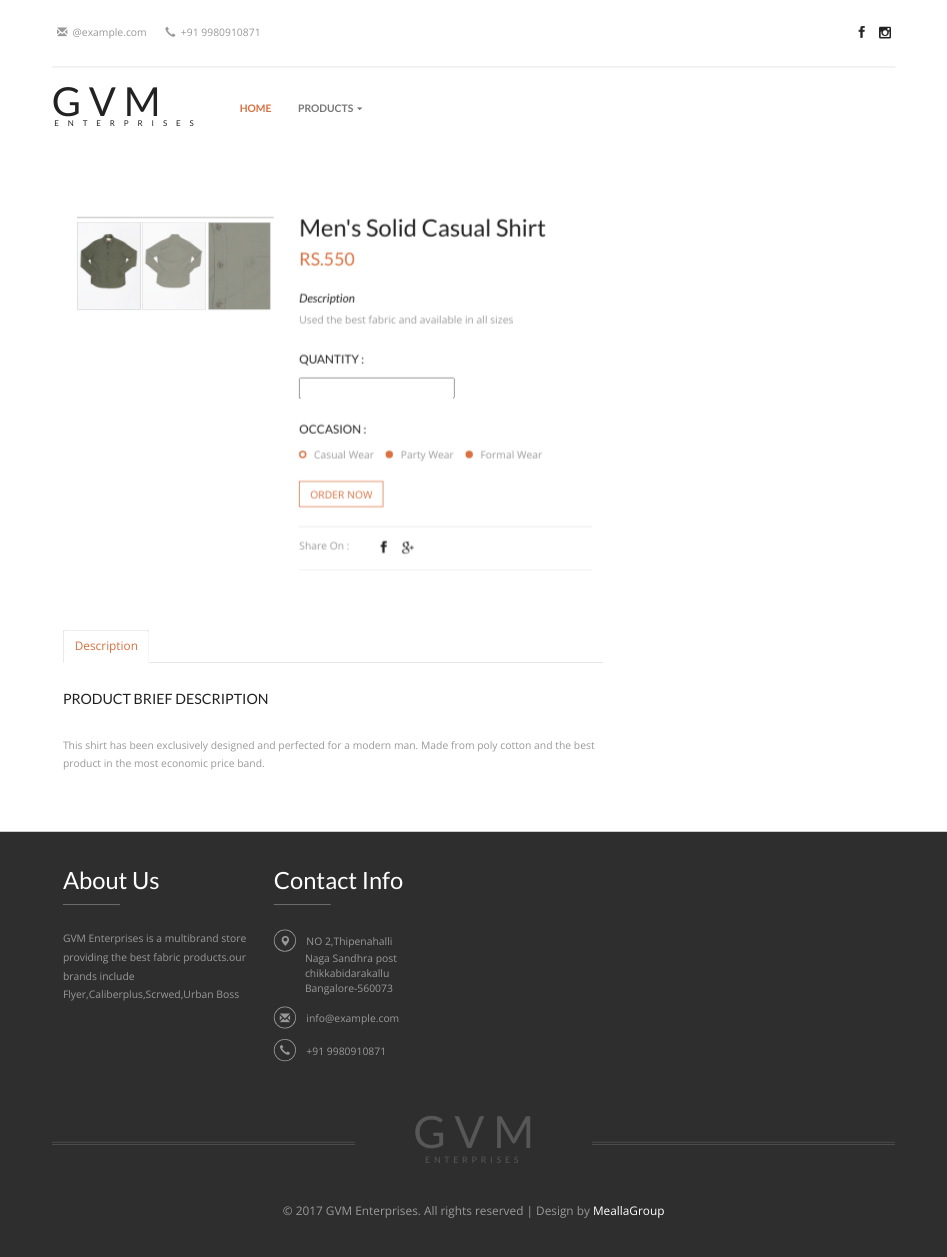
Repository: vinodmealla/flyerworkspace
Page: com.gvm.websample1/src/main/webapp/WEB-INF/single.html
An editor plug-in stored every save of this project. The page is shown before and after the next save, followed by the edit.
The browser window is 1280 px wide. The pictures show the whole page, at 74% of full size.

Above is the page before, as saved 2017-10-03 10:59:47.
Console error: TypeError: Cannot read properties of undefined (reading 'split')

After the next save:
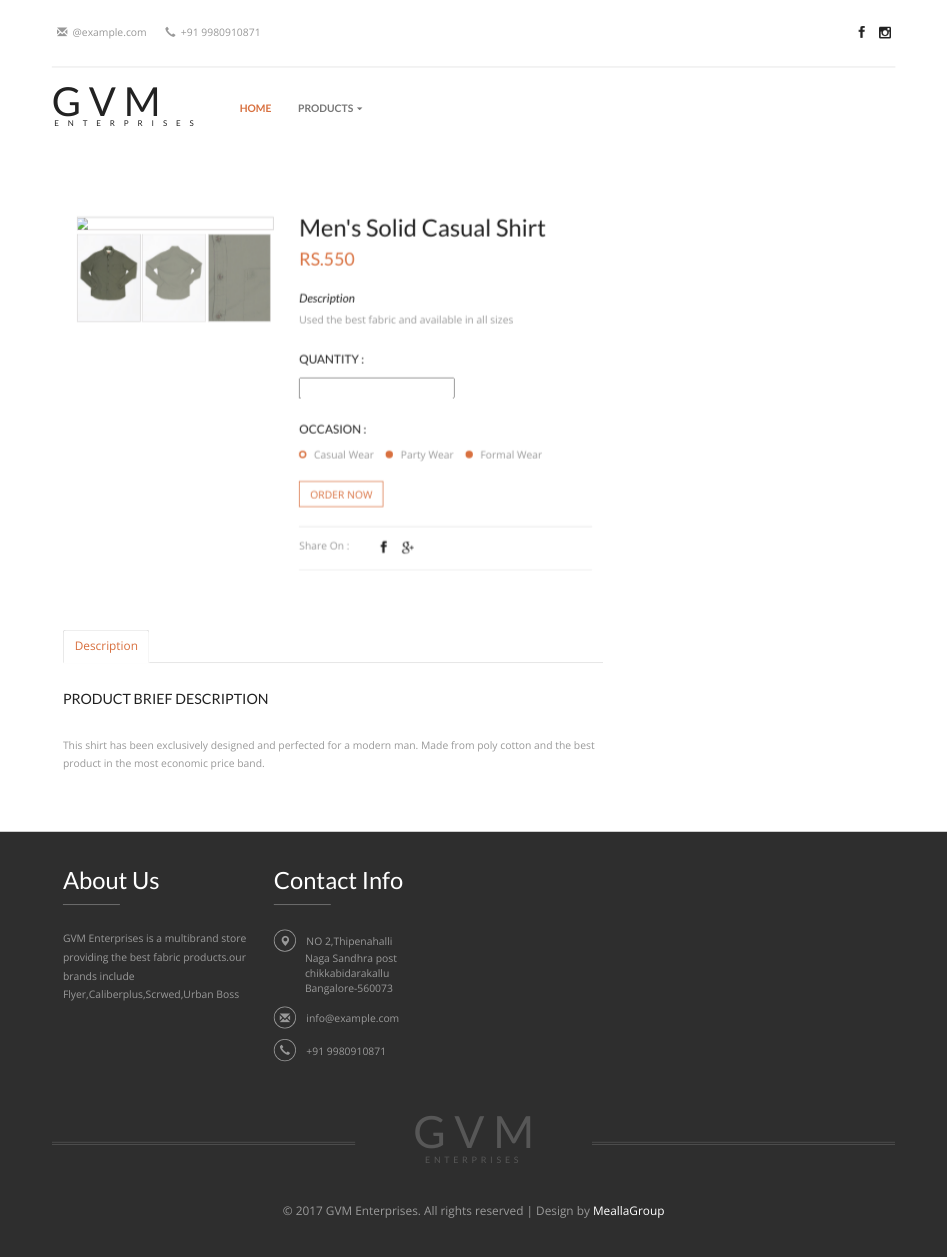
Not found: com.gvm.websample1/src/main/webapp/WEB-INF/jj
Saved 14 min 54 s later.
--- a/com.gvm.websample1/src/main/webapp/WEB-INF/single.html
+++ b/com.gvm.websample1/src/main/webapp/WEB-INF/single.html
@@ -264,7 +264,7 @@
 					<div class="flexslider">
 						<ul class="slides">
 							<li data-thumb="images/si.jpg">
-								<div class="thumb-image"> <img src="" data-imagezoom="true" class="img-responsive" id="imagez1"> </div>
+								<div class="thumb-image"> <img src="jj" data-imagezoom="true" class="img-responsive" id="imagez1"> </div>
 							</li>
 							<li data-thumb="images/si1.jpg">
 								 <div class="thumb-image"> <img src="" data-imagezoom="true" class="img-responsive" id="imagez2"> </div>
